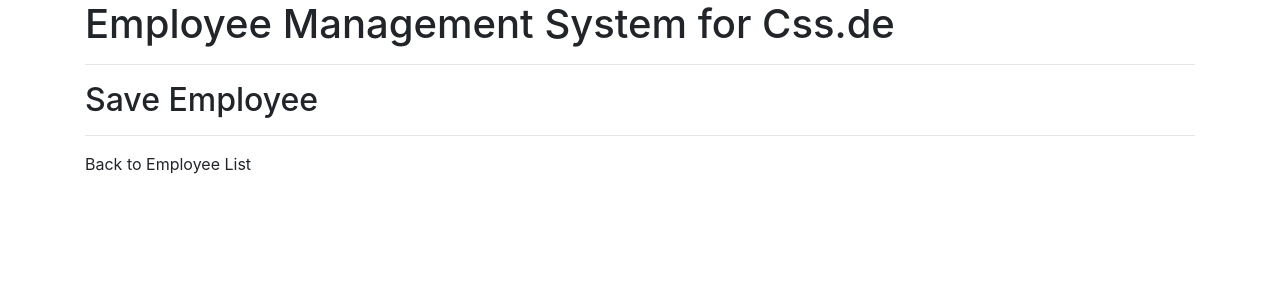
Repository: Len2/Topic4
Page: src/main/resources/templates/newIdCard.html
An editor plug-in stored every save of this project. The page is shown before and after the next save, followed by the edit.
The browser window is 1280 px wide. The pictures show the whole page.

Above is the page before, as saved 2020-09-06 16:21:16.

### src/main/resources/templates/newIdCard.html
<!DOCTYPE html>
<html lang="en" xmlns:th="http://www.thymeleaf.org">
<head>
<meta charset="ISO-8859-1">
<title>Employee Management System for Css.de</title>
<link rel="stylesheet"
	href="https://stackpath.bootstrapcdn.com/bootstrap/4.1.3/css/bootstrap.min.css"
	integrity="sha384-MCw98/SFnGE8fJT3GXwEOngsV7Zt27NXFoaoApmYm81iuXoPkFOJwJ8ERdknLPMO"
	crossorigin="anonymous">
</head>
<body>
	<div class="container">
		<h1>Employee Management System for Css.de</h1>
		<hr>
		<h2>Save Employee</h2>

		<form action="#" th:action="@{/saveIdCard}" th:object="${employee}"
			method="POST">
			<!-- <input type="text" th:field="*{firstName}"
				placeholder="Employee First Name" class="form-control mb-4 col-4"> -->

				<!-- <input type="text" th:field="*{lastName}"
				placeholder="Employee Last Name" class="form-control mb-4 col-4">

				<input type="text" th:field="*{email}"
				placeholder="Employee Email" class="form-control mb-4 col-4">
				 -->
				<!-- <button type="submit" class="btn btn-info col-2"> Save Employee</button> -->
		</form>

		<hr>

		<a th:href = "@{/}"> Back to Employee List</a>
	</div>
</body>
</html>

After the next save:
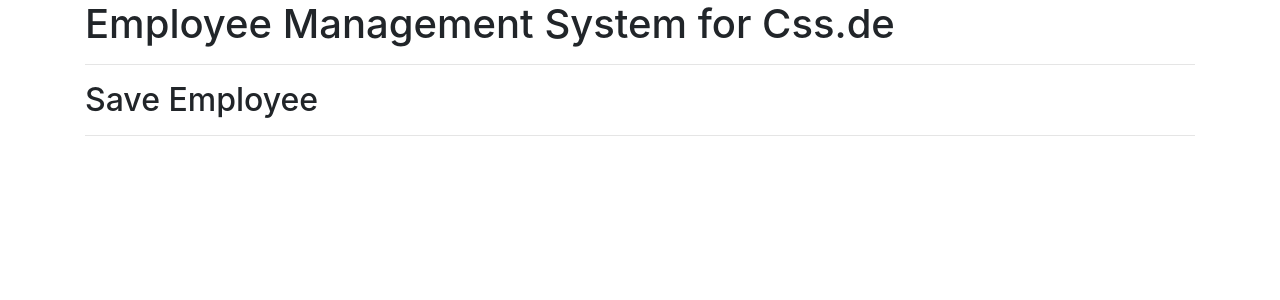
Saved 7 s later.
--- a/src/main/resources/templates/newIdCard.html
+++ b/src/main/resources/templates/newIdCard.html
@@ -30,7 +30,7 @@
 
 		<hr>
 
-		<a th:href = "@{/}"> Back to Employee List</a>
+		<!-- <a th:href = "@{/}"> Back to Employee List</a> -->
 	</div>
 </body>
 </html>
